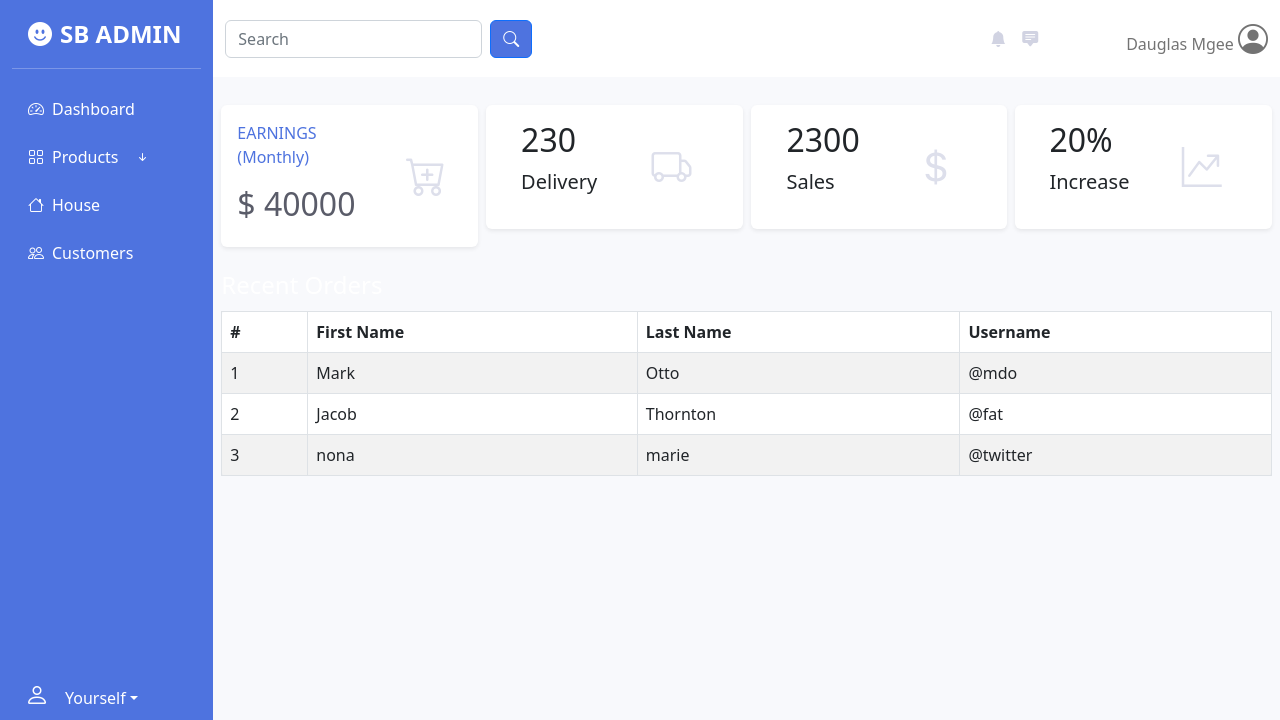
Repository: iqbalaamir/dashboard
Page: /
The author's editor kept a copy of each file at every save. The page is drawn from the files as they stood at one save, then again after the next save.
The browser window is 1280 px wide. The pictures show the whole page.
The project was rebuilt for these pictures with package versions that can differ from the ones it lists, and the page was loaded fresh each time. Also part of the build but not shown: src/App.css.

Above is the page before, as saved 2023-04-24 22:31:19.

### src/App.js
import "./App.css";
import NavbarComponent from "./components/NavbarComponent";
import Sidebar from "./components/Sidebar";
import Container from "react-bootstrap/Container";
import Row from "react-bootstrap/Row";
import Col from "react-bootstrap/Col";

function App() {
  return (
   <div>
    <Sidebar/>
   </div>
  );
}

export default App;

### src/components/NavbarComponent.js
import Button from "react-bootstrap/Button";
import Container from "react-bootstrap/Container";
import Form from "react-bootstrap/Form";
import Nav from "react-bootstrap/Nav";
import Navbar from "react-bootstrap/Navbar";
import NavDropdown from "react-bootstrap/NavDropdown";

function NavbarComponent() {
  return (
    <Navbar style={{backgroundColor:"white"}} expand="lg">
      <Container fluid>
        <Form className="d-flex">
          <Form.Control
            type="search"
            placeholder="Search"
            className="me-2"
            aria-label="Search"
          />
          <Button style={{ backgroundColor: "#4e73df" }}>
            {" "}
            <i class="bi bi-search"></i>
          </Button>
        </Form>

        <Navbar.Toggle />

        <Navbar.Collapse className="justify-content-end">
          <Nav
            className="my-2 my-lg-0"
            style={{ maxHeight: "100px" }}
            navbarScroll
          >
            <Nav.Link href="#action2">
              <i class="bi bi-bell-fill" style={{color:"#d1d3e2"}}></i>
            </Nav.Link>
            <Nav.Link href="#action2">
              <i class="bi bi-chat-square-text-fill" style={{color:"#d1d3e2"}}></i>
            </Nav.Link>
            {/* <NavDropdown title="Messages" id="navbarScrollingDropdown">

              <NavDropdown.Item href="#action3">Action</NavDropdown.Item>
              <NavDropdown.Item href="#action4">
                Another action
              </NavDropdown.Item>
              <NavDropdown.Divider />
              <NavDropdown.Item href="#action5">
                Something else here
              </NavDropdown.Item>
            </NavDropdown> */}
          </Nav>
          <Navbar.Text style={{marginLeft:80}}>
            {/* Signed in as: <a href="#login">Mark Otto</a> */}
            Dauglas Mgee <i class="bi bi-person-circle" style={{fontSize:30}}></i>
          </Navbar.Text>
        </Navbar.Collapse>
      </Container>
    </Navbar>
  );
}

export default NavbarComponent;

### src/components/Sidebar.js
import React from "react";
import "bootstrap/dist/css/bootstrap.min.css";
import "bootstrap-icons/font/bootstrap-icons.css";
import "bootstrap/js/dist/dropdown";
import "bootstrap/js/dist/collapse";
import "./sidebar.css";
import NavbarComponent from "./NavbarComponent";
import HomeComponent from "./HomeComponent"

export default function Sidebar() {
  return (
    <div className="container-fluid">
      <div className="row">
        <div className="col-auto col-sm-2 sideNav d-flex flex-column justify-content-between min-vh-100">
          <div className="mt-3">
            <a
              className="text-decoration-none ms-3 d-flex align-items-center text-white customHeading"
              role="button"
            >
                 <i className="bi bi-emoji-smile-fill"></i>
              <span className="ms-2 d-none d-sm-inline">SB ADMIN</span>
            </a>
            <hr className="text-white d-none d-sm-block"></hr>
            <ul class="nav nav-pills flex-column mt-2 mt-sm-0" id="parentM">
              <li class="nav-item  my-1 py-2 py-sm-0">
                <a
                  class="nav-link text-white text-center text-sm-start"
                  href="#"
                  aria-current="page"
                >
                  <i className="bi bi-speedometer2"></i>
                  <span className="ms-2 d-none d-sm-inline">Dashboard</span>
                </a>
              </li>
              <li class="nav-item  my-1 py-2 py-sm-0">
                <a
                  class="nav-link text-white text-center text-sm-start"
                  href="#submenu"
                  data-bs-toggle="collapse"
                  aria-current="page"
                >
                  <i className="bi bi-grid"></i>
                  <span className="ms-2 d-none d-sm-inline">Products</span>
                  <i className="bi bi-arrow-down-short ms-0 ms-sm-3"></i>
                </a>
                <ul
                  class="nav collapse ms-2 flex-column"
                  id="submenu"
                  data-bs-parent="#parentM"
                >
                  <li class="nav-item ">
                    <a class="nav-link text-white" href="#" aria-current="page">
                      <span className="d-none d-sm-inline"> Item</span>1
                    </a>
                  </li>
                  <li class="nav-item ">
                    <a class="nav-link text-white" href="#">
                      <span className="d-none d-sm-inline"> Item</span>2
                    </a>
                  </li>
                </ul>
              </li>
              <li class="nav-item  my-1">
                <a
                  class="nav-link text-white text-center text-sm-start"
                  href="#"
                  aria-current="page"
                >
                  <i className="bi bi-house"></i>
                  <span className="ms-2 d-none d-sm-inline">House</span>
                </a>
              </li>
              <li class="nav-item text-white my-1">
                <a
                  class="nav-link text-white text-center text-sm-start"
                  href="#"
                  aria-current="page"
                >
                  <i className="bi bi-people"></i>
                  <span className="ms-2 d-none d-sm-inline">Customers</span>
                </a>
              </li>
            </ul>
          </div>
          <div class="dropdown open">
            <a
              class="btn border-none dropdown-toggle text-white"
              type="button"
              id="triggerId"
              data-bs-toggle="dropdown"
              aria-haspopup="true"
              aria-expanded="false"
            >
              <i className="bi bi-person fs-4"></i>
              <span className="f5-5 ms-3 d-none d-sm-inline">Yourself</span>
            </a>
            <div class="dropdown-menu" aria-labelledby="triggerId">
              <a class="dropdown-item" href="#">
                Profile
              </a>
              <a class="dropdown-item" href="#">
                Setting
              </a>
            </div>
          </div>

        </div>
        <div className="col" style={{backgroundColor:"#f8f9fc",padding:0}}>
       <NavbarComponent/>
       <HomeComponent/>
        </div>

      </div>
    </div>
  );
}

### src/components/sidebar.css
#parentM li a:hover {
    background-color: #9eacd4;

}
.sideNav{
   background-color: #4e73df;
}
.customHeading{
    font-weight: bold;
    font-size: x-large;
}

### src/components/HomeComponent.js
import React from "react";
import TableComponent from "./TableComponent";

function Home() {
  return (
    <div className="">

      <div className="container-fluid">
        <div className="row g-3 my-2">
          <div className="col-md-3 p-1">
            <div className="p-3 bg-white shadow-sm d-flex justify-content-around align-items-center rounded">
              <div>

                <p className="fs-10" style={{color:"#4e73df"}}>EARNINGS (Monthly)</p>
                <h5 className="fs-2" style={{color:"#5a5c69"}}>$ 40000</h5>
              </div>
              <i className="bi bi-cart-plus p-3 fs-1" style={{color:"#dddfeb"}}></i>
            </div>
          </div>
          <div className="col-md-3 p-1">
            <div className="p-3 bg-white shadow-sm d-flex justify-content-around align-items-center rounded">
              <div>
                <h5 className="fs-2">230</h5>
                <p className="fs-5">Delivery</p>
              </div>
              <i className="bi bi-truck p-3 fs-1" style={{color:"#dddfeb"}}></i>
            </div>
          </div>
          <div className="col-md-3 p-1">
            <div className="p-3 bg-white shadow-sm d-flex justify-content-around align-items-center rounded">
              <div>
                <h5 className="fs-2">2300</h5>
                <p className="fs-5">Sales</p>
              </div>
              <i className="bi bi-currency-dollar p-3 fs-1" style={{color:"#dddfeb"}}></i>
            </div>
          </div>
          <div className="col-md-3 p-1">
            <div className="p-3 bg-white shadow-sm d-flex justify-content-around align-items-center rounded">
              <div>
                <h5 className="fs-2">20%</h5>
                <p className="fs-5">Increase</p>
              </div>
              <i className="bi bi-graph-up-arrow p-3 fs-1" style={{color:"#dddfeb"}}></i>
            </div>
          </div>
        </div>
      </div>
      <div className="px-2">
      <TableComponent/>
      </div>
    </div>
  );
}

export default Home;

### src/components/TableComponent.js
import Table from 'react-bootstrap/Table';

function TableComponent() {
  return (
    <Table striped bordered hover className='table caption-top bg-white rounded mt-2'>
      <caption className='fs-4 text-white'>Recent Orders</caption>
      <thead>
        <tr>
          <th>#</th>
          <th>First Name</th>
          <th>Last Name</th>
          <th>Username</th>
        </tr>
      </thead>
      <tbody>
        <tr>
          <td>1</td>
          <td>Mark</td>
          <td>Otto</td>
          <td>@mdo</td>
        </tr>
        <tr>
          <td>2</td>
          <td>Jacob</td>
          <td>Thornton</td>
          <td>@fat</td>
        </tr>
        <tr>
          <td>3</td>
          <td>nona</td>
          <td>marie</td>
          <td>@twitter</td>
        </tr>
      </tbody>
    </Table>
  );
}

export default TableComponent;

Loaded but not shown: public/index.html (common file); src/index.js (common file); src/index.css (common file); src/reportWebVitals.js (common file)

After the next save:
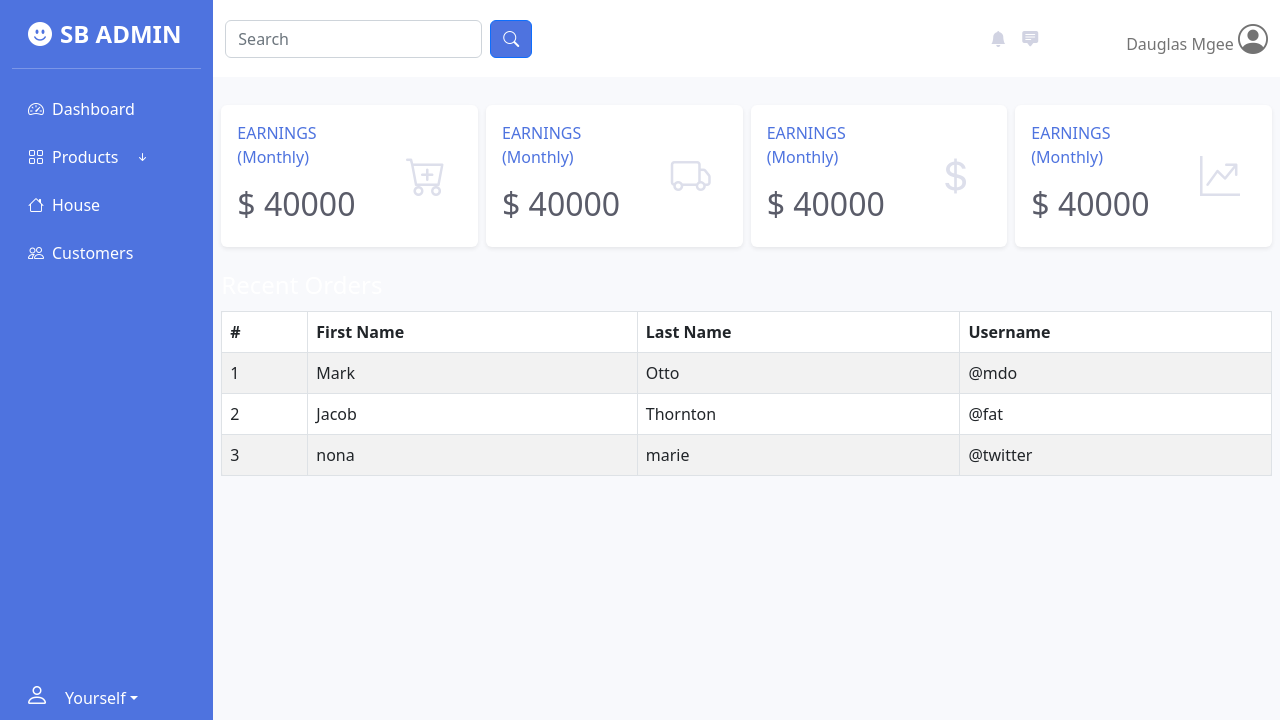
Saved 20 s later.
--- a/src/components/HomeComponent.js
+++ b/src/components/HomeComponent.js
@@ -20,8 +20,8 @@ function Home() {
           <div className="col-md-3 p-1">
             <div className="p-3 bg-white shadow-sm d-flex justify-content-around align-items-center rounded">
               <div>
-                <h5 className="fs-2">230</h5>
-                <p className="fs-5">Delivery</p>
+              <p className="fs-10" style={{color:"#4e73df"}}>EARNINGS (Monthly)</p>
+                <h5 className="fs-2" style={{color:"#5a5c69"}}>$ 40000</h5>
               </div>
               <i className="bi bi-truck p-3 fs-1" style={{color:"#dddfeb"}}></i>
             </div>
@@ -29,8 +29,8 @@ function Home() {
           <div className="col-md-3 p-1">
             <div className="p-3 bg-white shadow-sm d-flex justify-content-around align-items-center rounded">
               <div>
-                <h5 className="fs-2">2300</h5>
-                <p className="fs-5">Sales</p>
+              <p className="fs-10" style={{color:"#4e73df"}}>EARNINGS (Monthly)</p>
+                <h5 className="fs-2" style={{color:"#5a5c69"}}>$ 40000</h5>
               </div>
               <i className="bi bi-currency-dollar p-3 fs-1" style={{color:"#dddfeb"}}></i>
             </div>
@@ -38,8 +38,8 @@ function Home() {
           <div className="col-md-3 p-1">
             <div className="p-3 bg-white shadow-sm d-flex justify-content-around align-items-center rounded">
               <div>
-                <h5 className="fs-2">20%</h5>
-                <p className="fs-5">Increase</p>
+              <p className="fs-10" style={{color:"#4e73df"}}>EARNINGS (Monthly)</p>
+                <h5 className="fs-2" style={{color:"#5a5c69"}}>$ 40000</h5>
               </div>
               <i className="bi bi-graph-up-arrow p-3 fs-1" style={{color:"#dddfeb"}}></i>
             </div>
